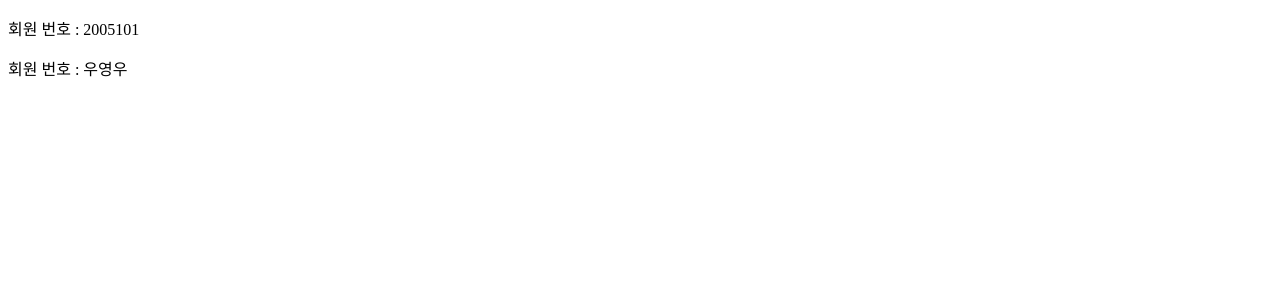
Repository: taiseidesu97/space_jspworks
Page: http://localhost/jweb0/action/member02.jsp
An editor plug-in stored every save of this project. The page is shown before and after the next save, followed by the edit.
The browser window is 1280 px wide. The pictures show the whole page.
The page is served by Tomcat 10. Other server files are loaded and not shown.

Above is the page before, as saved 2025-10-14 01:17:49.

### jweb0/src/main/webapp/action/member02.jsp
<%@ page language="java" contentType="text/html; charset=UTF-8"
    pageEncoding="UTF-8"%>
<!DOCTYPE html>
<html>
<head>
<meta charset="UTF-8">
<title>useBean 액션 태그</title>
</head>
<body>
<!-- id는 인스턴스이고, class는 패키지 이름.클래스 이름
	scope는 인스턴스의 상태 유지(생명주기)  -->
	<jsp:useBean id="member" class="beans.MemberBean" scope="request"/>
	<p>회원 번호 : <%=member.getId() %>
	<p>회원 번호 : <%=member.getName() %>
</body>
</html>

### jweb0/src/main/java/beans/MemberBean.java
package beans;

public class MemberBean {
	private int id = 2005101;
	private String name = "우영우";
	//생성자는 필수!!!
	//public MemberBean() {} //기본 생성자
	public int getId() {
		return id;
	}
	public void setId(int id) {
		this.id = id;
	}
	public String getName() {
		return name;
	}
	public void setName(String name) {
		this.name = name;
	}


	}

After the next save:
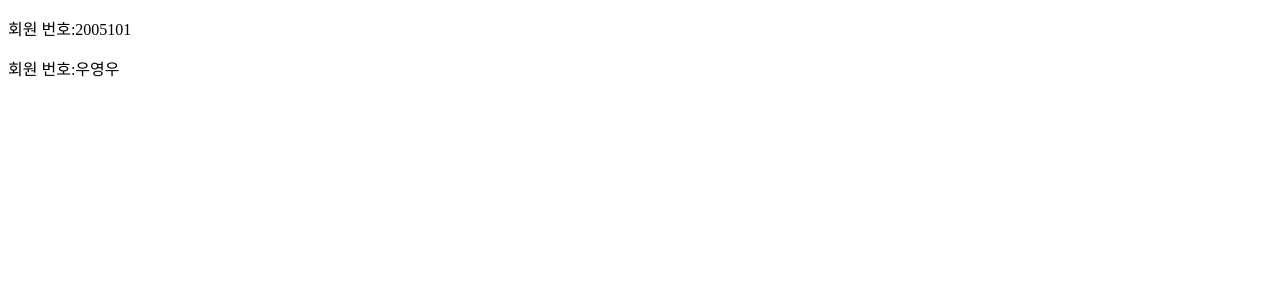
Saved 2 min 53 s later.
--- a/jweb0/src/main/webapp/action/member02.jsp
+++ b/jweb0/src/main/webapp/action/member02.jsp
@@ -10,7 +10,9 @@
 <!-- id는 인스턴스이고, class는 패키지 이름.클래스 이름
 	scope는 인스턴스의 상태 유지(생명주기)  -->
 	<jsp:useBean id="member" class="beans.MemberBean" scope="request"/>
-	<p>회원 번호 : <%=member.getId() %>
-	<p>회원 번호 : <%=member.getName() %>
+	<%-- <p>회원 번호 : <%=member.getId() %>
+	<p>회원 번호 : <%=member.getName() %> --%>
+	<p>회원 번호:<jsp:getProperty property="id" name="member"/>
+	<p>회원 번호:<jsp:getProperty property="name" name="member"/>
 </body>
 </html>
